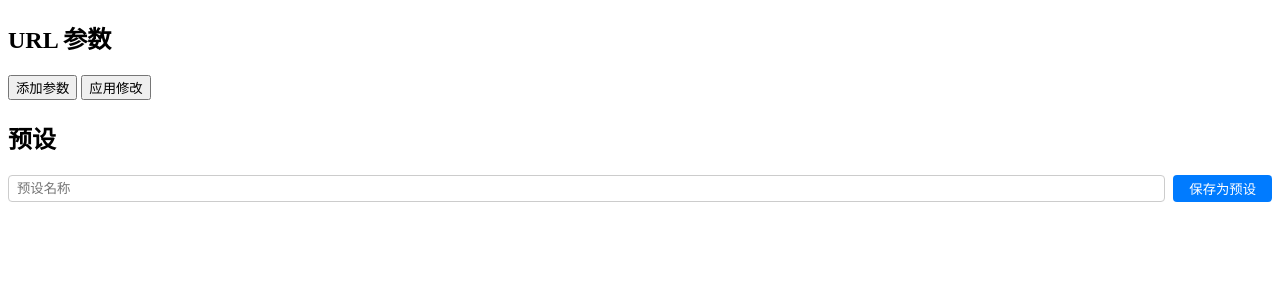
Repository: 826148267/fast-requery
Page: src/popup/index.html
These files come from the project's save history. The page is drawn as it stood at one moment and after the next save; the edit follows.
The browser window is 1280 px wide. The pictures show the whole page.

Above is the page before, as saved 2025-01-19 20:21:00.
Not found: src/popup/index.ts

After the next save:
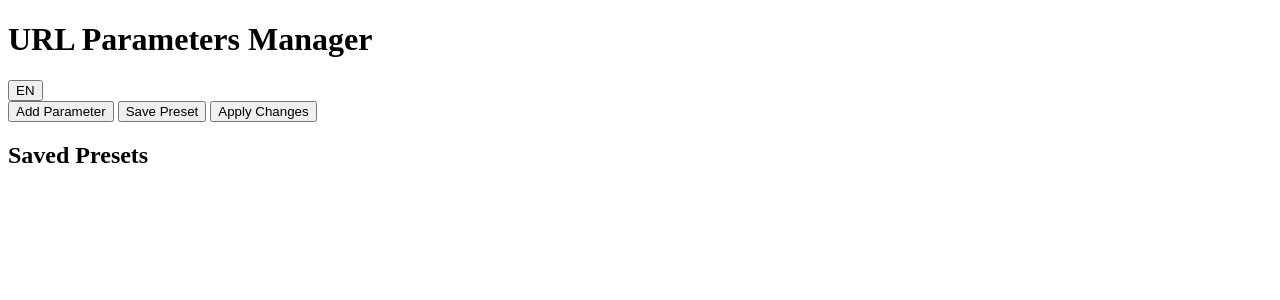
Saved 3 min 14 s later.
--- a/src/popup/index.html
+++ b/src/popup/index.html
@@ -6,20 +6,32 @@
   <link rel="stylesheet" href="style.css">
 </head>
 <body>
-  <div id="app">
-    <div id="params-section">
-      <h2>URL 参数</h2>
-      <div id="params-list"></div>
-      <button id="add-param">添加参数</button>
-      <button id="apply-changes">应用修改</button>
+  <div class="container">
+    <div class="header">
+      <h1 data-i18n="title">URL Parameters Manager</h1>
+      <button id="toggleLang" class="btn lang-btn">
+        <span data-i18n="currentLang">EN</span>
+      </button>
     </div>
 
-    <div id="presets-section">
-      <h2>预设</h2>
-      <div id="presets-list"></div>
-      <div id="save-preset">
-        <input type="text" id="preset-name" placeholder="预设名称">
-        <button id="save-preset-btn">保存为预设</button>
+    <div class="url-display">
+      <div class="url-text" id="currentUrl"></div>
+    </div>
+
+    <div class="params-container" id="paramsContainer">
+      <!-- 参数列表将通过JavaScript动态生成 -->
+    </div>
+
+    <div class="buttons">
+      <button id="addParam" class="btn" data-i18n="addParam">Add Parameter</button>
+      <button id="savePreset" class="btn" data-i18n="savePreset">Save Preset</button>
+      <button id="applyChanges" class="btn primary" data-i18n="applyChanges">Apply Changes</button>
+    </div>
+
+    <div class="presets">
+      <h2 data-i18n="presetsTitle">Saved Presets</h2>
+      <div id="presetsList">
+        <!-- 预设列表将通过JavaScript动态生成 -->
       </div>
     </div>
   </div>
